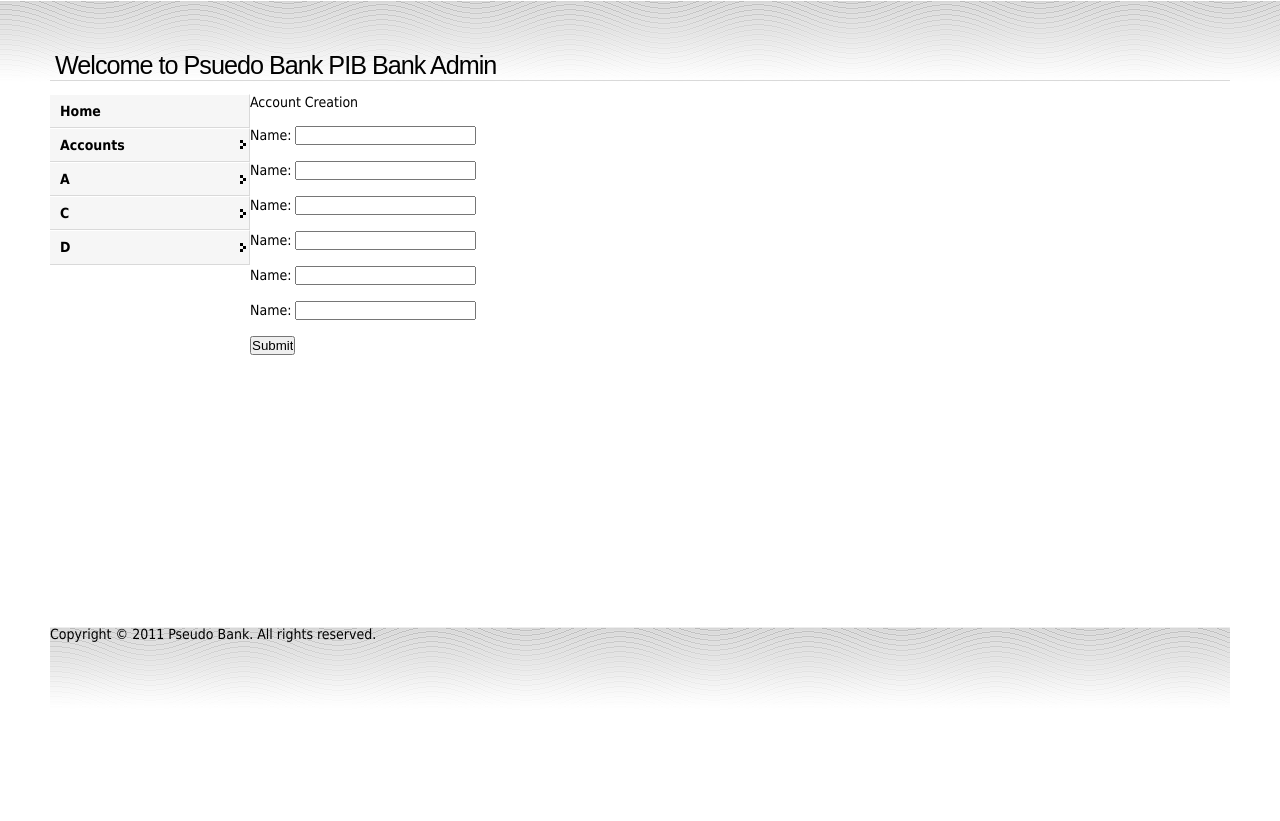
Repository: hareth12/Final-Year-Project
Page: http://localhost/bankAdmin/Account/accountCreation1.jsp
The author's editor kept a copy of each file at every save. The page is drawn from the files as they stood at one save, then again after the next save.
The browser window is 1280 px wide. The pictures show the whole page.
The page is served by Tomcat 9. Other server files are loaded and not shown.

Above is the page before, as saved 2011-09-30 02:02:55.

### bankAdmin/WebContent/Account/accountCreation1.jsp
<!DOCTYPE html PUBLIC "-//W3C//DTD XHTML 1.0 Transitional//EN" "http://www.w3.org/TR/xhtml1/DTD/xhtml1-transitional.dtd">
<html xmlns="http://www.w3.org/1999/xhtml" xml:lang="en" lang="en">
<head>
<title>Psuedo Bank Personal Internal Banking</title>
<meta http-equiv="Content-Type" content="text/html; charset=utf-8" />
<meta name="author" content="Tom@Lwis (http://www.lwis.net/free-css-drop-down-menu/)" />
<meta name="keywords" content="css, dropdowns, dropdown menu, drop-down, menu, navigation, nav, horizontal, vertical left-to-right, vertical right-to-left, horizontal linear, horizontal upwards, cross browser, internet explorer, ie, firefox, safari, opera, browser, lwis" />
<meta name="description" content="Simple vertical left-to-right direction css drop-down menu demo using clean, standards-friendly, free, easy, cross browser framework for css drop-down menus" />
<link href="/pib/asset/secured/helper.css" media="screen" rel="stylesheet" type="text/css" />

<style type="text/css">

/* Layout */
@import "/pib/asset/secured/dropdown.css";
@import "/pib/asset/secured/dropdown.vertical.css";

/* Theme */
@import "/pib/asset/secured/default.css";

</style>


</head>
<body>
<div id="wrap">  <!-- This wrap div needs to encompass everything except the footer div at bottom -->
<h1>Welcome to Psuedo Bank PIB Bank Admin</h1>

<ul id="nav" class="dropdown dropdown-vertical">
    <li><a href="#">Home</a></li>
    <li class="dir">Accounts
        <ul>
            <li><a href="/bankAdmin/AccountCreation">Accounts Creation</a></li>
            <li><a href="#">Accounts Enquiry</a></li>
                <ul>
                    <li><a href="./">1</a></li>
                    <li><a href="./">2</a></li>
                    <li><a href="./">3</a></li>
                    <li><a href="./">4</a></li>
                    <li><a href="./">5</a></li>
                </ul>
            </li>
        </ul>
    </li>
    <li class="dir">A
        <ul>
            <li><a href="#">1</a></li>
            <li><a href="#">2</a></li>
            <li><a href="#">3</a></li>
        </ul>
    </li>
    <li class="dir">C
        <ul>
            <li><a href="./">1</a></li>
            <li><a href="./">2</a></li>
            <li><a href="./">3</a></li>
        </ul>
    </li>
    <li class="dir">D</a>
        <ul>
            <li><a href="./">1</a></li>
        </ul>
    </li>
</ul>
	<div id="main">
	Account Creation
	<br></br>

		<form name="input" action="html_form_action.asp" method="get">
		Name: <input type="text" name="user" /> <br></br>
		Name: <input type="text" name="user" /> <br></br>
		Name: <input type="text" name="user" /> <br></br>
		Name: <input type="text" name="user" /> <br></br>
		Name: <input type="text" name="user" /> <br></br>
		Name: <input type="text" name="user" /> <br></br>
		<input type="submit" value="Submit" />
		</form>




	</div>

</div>

<div class="footer">
	<div id="foot"> <!-- this extra div is just centering the fixed width area of the footer content -->

    <p>Copyright &copy; 2011 Pseudo Bank. All rights reserved.</p>
    </div>
</div>

</body>


</html>

### bankAdmin/WebContent/asset/secured/helper.css

* {
 margin: 0;
 padding: 0;
}

body {
 padding: 50px;
 border-top: solid 1px #fff;
 background: #fff url(images/pattern1.png) 0 0 repeat-x;
 font: 14px/normal Tahoma, Arial, Helvetica, sans-serif;
}

html, body{height: 100%;}

#wrap {min-height: 80%;}

#main {overflow:auto;
    padding-bottom: 20%;}  /* must be same height as the footer */

footer {

 position: relative;
 margin-top: -20%;
 height: 20%;
 clear:both;
 text-align: center;
 width:100%;
}

/* Footer */
#footer {background: #444444 url('images/footer.gif') repeat-x;color:#ffffff;font-size:11px;font-family:Verdana, Arial, sans-serif}
#footer2 {background-color: #444444;color:#ffffff;font-size:11px;font-family:Verdana, Arial, sans-serif;height:140px}
#footer a, #footer2 a {color:#ffffff;text-decoration:underline}
#footer a:hover, #footer2 a:hover {color:#804249;text-decoration:underline}
#footer a:visited, #footer2 a:visited  {color:#ffffff;text-decoration:underline}
#footer p, #footer2 p {margin:0 0 15px 0}
#footer p.axe img, #footer2 p.axe img {margin-bottom:-7px}
#foot {width:100%;margin:0 auto;background: url('images/pattern1.png') repeat-x;height:140px;line-height:1.1em;padding: 0;}
#foot2 {width:800px;margin:0 auto;height:140px;line-height:1.1em;padding:0 10px 0 10px}
#foot #left {width:400px;float:left;padding-top:72px}
#foot #right {width:250px;float:right;text-align:right;padding-top:72px}
#foot2 #left {width:450px;float:left;padding-top:45px}
#foot2 #right {width:250px;float:right;text-align:right;padding-top:45px}

.clearfix:after {content: ".";display: block;height: 0;clear: both;visibility: hidden}
.clearfix {display: inline-block}
* html .clearfix {height: 1%}
.clearfix {display: block}


p { margin-bottom: 1em; }

ul.classic {
 list-style: disc;
 margin-bottom: 1em;
 padding-left: 2em;
}

h1,h2,h3 {
 margin-bottom: .5em;
 font-family: Arial, Helvetica, sans-serif;
 line-height: normal;
}

h1 {
 border-bottom: solid 1px #d9d9d9;
 font-weight: normal;
 font-size: 180%;
 text-indent: 5px;
 letter-spacing: -1px;
}

.dropdown-upward {
 margin-top: 400px !important;
}

### bankAdmin/WebContent/asset/secured/dropdown.css
@charset "UTF-8";

/**
 * Horizontal CSS Drop-Down Menu Module
 *
 * @file        dropdown.css
 * @package     Dropdown
 * @version     0.7.1
 * @type        Transitional
 * @stacks      597-599
 * @browsers    Windows: IE6+, Opera7+, Firefox1+
 *              Mac OS: Safari2+, Firefox2+
 *
 * @link        http://www.lwis.net/
 * @copyright   2006-2008 Live Web Institute. All Rights Reserved.
 *
 */

ul.dropdown,
ul.dropdown li,
ul.dropdown ul {
 list-style: none;
 margin: 0;
 padding: 0;
}

ul.dropdown {
 position: relative;
 z-index: 597;
 float: left;
}

ul.dropdown li {
 float: left;
 line-height: 1.3em;
 vertical-align: middle;
 zoom: 1;
}

ul.dropdown li.hover,
ul.dropdown li:hover {
 position: relative;
 z-index: 599;
 cursor: default;
}

ul.dropdown ul {
 visibility: hidden;
 position: absolute;
 top: 100%;
 left: 0;
 z-index: 598;
 width: 100%;
}

ul.dropdown ul li {
 float: none;
}

ul.dropdown ul ul {
 top: 1px;
 left: 99%;
}

ul.dropdown li:hover > ul {
 visibility: visible;
}

### bankAdmin/WebContent/asset/secured/dropdown.vertical.css
@charset "UTF-8";

/**
 * Vertical Left-to-Right Direction CSS Drop-Down Menu Component
 *
 * @file		dropdown.vertical.css
 * @package		Dropdown
 * @version		0.3
 * @type		Transitional
 * @requires	dropdown.css
 * @browsers	Windows: IE5+, Opera7+, Firefox1+
 *				Mac OS: Safari2+, Firefox2+
 *
 * @link		http://www.lwis.net/
 * @copyright	2006-2008 Live Web Institute. All Rights Reserved.
 *
 */

@import "dropdown.css";

ul.dropdown-vertical {
 width: 200px;
}

ul.dropdown-vertical ul {
 top: 1px;
 left: 99%;
}

ul.dropdown-vertical li {
 float: none;
}

### bankAdmin/WebContent/asset/secured/default.css
@charset "UTF-8";

/**
 * Default CSS Drop-Down Menu Theme
 *
 * @file		default.css
 * @name		Default
 * @version		0.1.1
 * @type		transitional
 * @browsers	Windows: IE5+, Opera7+, Firefox1+
 *				Mac OS: Safari2+, Firefox2+
 *
 * @link		http://www.lwis.net/
 * @copyright	2008 Live Web Institute. All Rights Reserved.
 *
 * Module Classes: *.dir {} *.on {} *.open {} li.hover {} li.first {} li.last {}
 * Expected directory tag - li
 *
 */


/*-------------------------------------------------/
 * @section		Base Drop-Down Styling
 * @structure	ul (unordered list)
 *				ul li (list item)
 *				ul li a (links)
 *				/*\.class|(li|a):hover/
 * @level sep	ul
 */


ul.dropdown {
 font-weight: bold;
}

	ul.dropdown li {
	 padding: 7px 10px;
	 border-style: solid;
	 border-width: 1px 1px 1px 0;
	 border-color: #fff #d9d9d9 #d9d9d9;
	 background-color: #f6f6f6;
	 color: #000;
	}

	ul.dropdown li.hover,
	ul.dropdown li:hover {
	 background-color: #eee;
	 color: #000;
	}

	ul.dropdown a:link,
	ul.dropdown a:visited	{ color: #000; text-decoration: none; }
	ul.dropdown a:hover		{ color: #000; }
	ul.dropdown a:active	{ color: #ffa500; }


	/* -- level mark -- */

	ul.dropdown ul {
	 width: 150px;
	 margin-top: 1px;
	}

		ul.dropdown ul li {
		 font-weight: normal;
		}



/*-------------------------------------------------/
 * @section		Support Class `dir`
 * @level sep	ul, .class
 */


ul.dropdown *.dir {
 padding-right: 20px;
 background-image: url(../secured/images/nav-arrow-down.png);
 background-position: 100% 50%;
 background-repeat: no-repeat;
}


/* -- Components override -- */

ul.dropdown-horizontal ul *.dir {
 padding-right: 15px;
 background-image: url(../secured/images/nav-arrow-right.png);
 background-position: 100% 50%;
 background-repeat: no-repeat;
}

ul.dropdown-upward *.dir {
 background-image: url(../secured/images/nav-arrow-top.png);
}

ul.dropdown-vertical *.dir,
ul.dropdown-upward ul *.dir {
 background-image: url(../secured/images/nav-arrow-right.png);
}

ul.dropdown-vertical-rtl *.dir {
 padding-right: 10px;
 padding-left: 15px;
 background-image: url(../secured/images/nav-arrow-left.png);
 background-position: 0 50%;
}

After the next save:
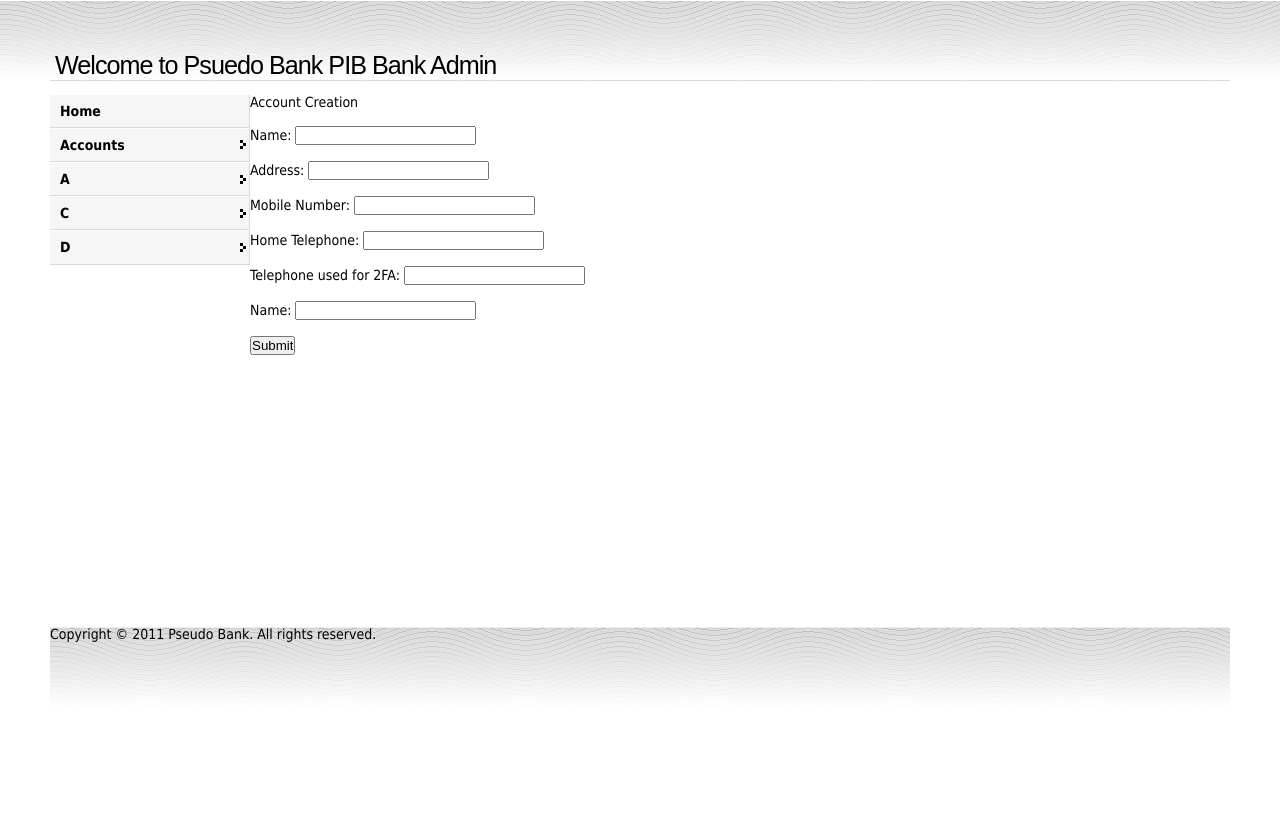
Saved 56 s later.
--- a/bankAdmin/WebContent/Account/accountCreation1.jsp
+++ b/bankAdmin/WebContent/Account/accountCreation1.jsp
@@ -67,10 +67,10 @@
 
 		<form name="input" action="html_form_action.asp" method="get">
 		Name: <input type="text" name="user" /> <br></br>
-		Name: <input type="text" name="user" /> <br></br>
-		Name: <input type="text" name="user" /> <br></br>
-		Name: <input type="text" name="user" /> <br></br>
-		Name: <input type="text" name="user" /> <br></br>
+		Address: <input type="text" name="user" /> <br></br>
+		Mobile Number: <input type="text" name="user" /> <br></br>
+		Home Telephone: <input type="text" name="user" /> <br></br>
+		Telephone used for 2FA: <input type="text" name="user" /> <br></br>
 		Name: <input type="text" name="user" /> <br></br>
 		<input type="submit" value="Submit" />
 		</form>
